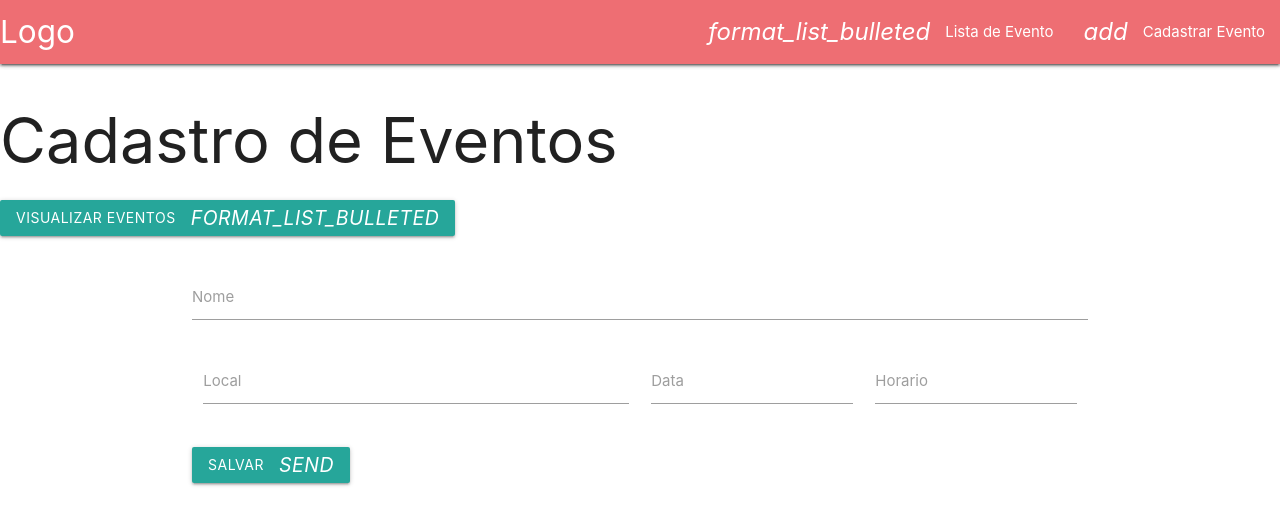
Repository: CaioCoutodePrograma/Eventosapp
Page: http://localhost/evento/formEvento
An editor plug-in stored every save of this project. The page is shown before and after the next save, followed by the edit.
The browser window is 1280 px wide. The pictures show the whole page.
The page is this project's Thymeleaf template; nobody is signed in. The template is opened directly, without the code that normally fills it, so the values that code supplies are empty.

Above is the page before, as saved 2020-03-02 23:10:10.

### eventoapp/eventoapp/src/main/resources/templates/evento/formEvento.html
<!DOCTYPE html>
<html xmlns:th="http://thymeleaf.org"
	xmlns:layout="http://www.ultraq.net.nz/thymeleaf/layout">
<head>
<title>EventosApp</title>
<!--Import Google Icon Font-->
<link href="https://fonts.googleapis.com/icon?family=Material+Icons"
	rel="stylesheet" />
<!--Import materialize.css-->
<link type="text/css" rel="stylesheet"
	href="materialize/css/materialize.min.css" media="screen,projection" />


<!--Let browser know website is optimized for mobile-->
<meta name="viewport" content="width=device-width, initial-scale=1.0" />
</head>
<body>
	<header>
		<nav>
			<div class="navbar-fixed">
				<nav>
					<div class="nav-wrapper">
						<a href="#!" class="brand-logo">Logo</a>
						<ul class="right hide-on-med-and-down">
							<li><a href="/eventos"><i class="material-icons left">format_list_bulleted</i>Lista
									de Evento</a></li>
							<li><a href="/cadastrarEvento"><i
									class="material-icons left">add</i>Cadastrar Evento</a></li>
						</ul>
					</div>
				</nav>
			</div>
		</nav>
	</header>
	<h1>Cadastro de Eventos</h1>
	<a href="/eventos" class="waves-effect waves-light btn"><i
		class="material-icons right">format_list_bulleted</i>Visualizar
		Eventos</a>
	<br>
	<br>
	<form class="container" method="post">
		<div class="input-field">
			<input class="validate" id="nome" type="text" value="" name="nome"
				required="required"> <label for="nome">Nome</label>
		</div>
		<div class="row">
			<div class="input-field col s6">
				<input id="local" type="text" value="" name="local"
					required="required"> <label for="local">Local</label>
			</div>
			<div class="input-field col s3">
				<input id="data" type="text" class="datepicker" value="" name="data"
					required="required"> <label for="data">Data</label>
			</div>
			<div class="input-field col s3">
				<input id="horario" type="text" value="" name="horario"
					required="required"> <label for="horario">Horario</label>
			</div>

		</div>
		<button class="btn waves-effect waves-light" type="submit"
			name="action">
			Salvar <i class="material-icons right">send</i>
		</button>
	</form>




	<!--JavaScript at end of body for optimized loading-->
	<script type="text/javascript" src="materialize/js/materialize.min.js"></script>

</body>
</html>

Loaded but not shown: eventoapp/eventoapp/src/main/resources/static/materialize/css/materialize.min.css (library); eventoapp/eventoapp/src/main/resources/static/materialize/js/materialize.min.js (library)

After the next save:
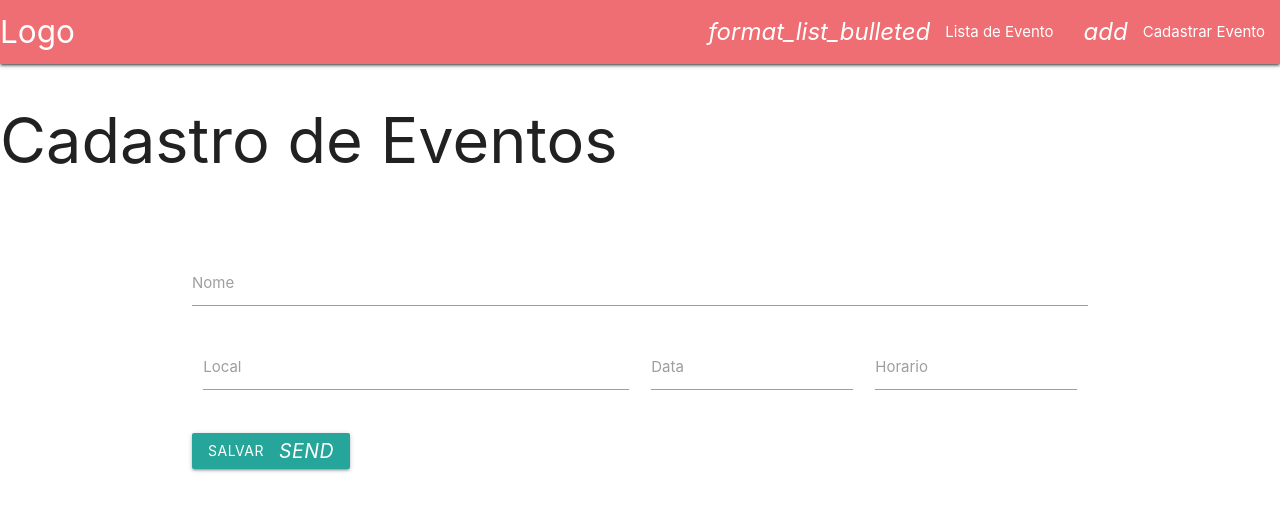
Saved 11 s later.
--- a/eventoapp/eventoapp/src/main/resources/templates/evento/formEvento.html
+++ b/eventoapp/eventoapp/src/main/resources/templates/evento/formEvento.html
@@ -33,9 +33,6 @@
 		</nav>
 	</header>
 	<h1>Cadastro de Eventos</h1>
-	<a href="/eventos" class="waves-effect waves-light btn"><i
-		class="material-icons right">format_list_bulleted</i>Visualizar
-		Eventos</a>
 	<br>
 	<br>
 	<form class="container" method="post">
